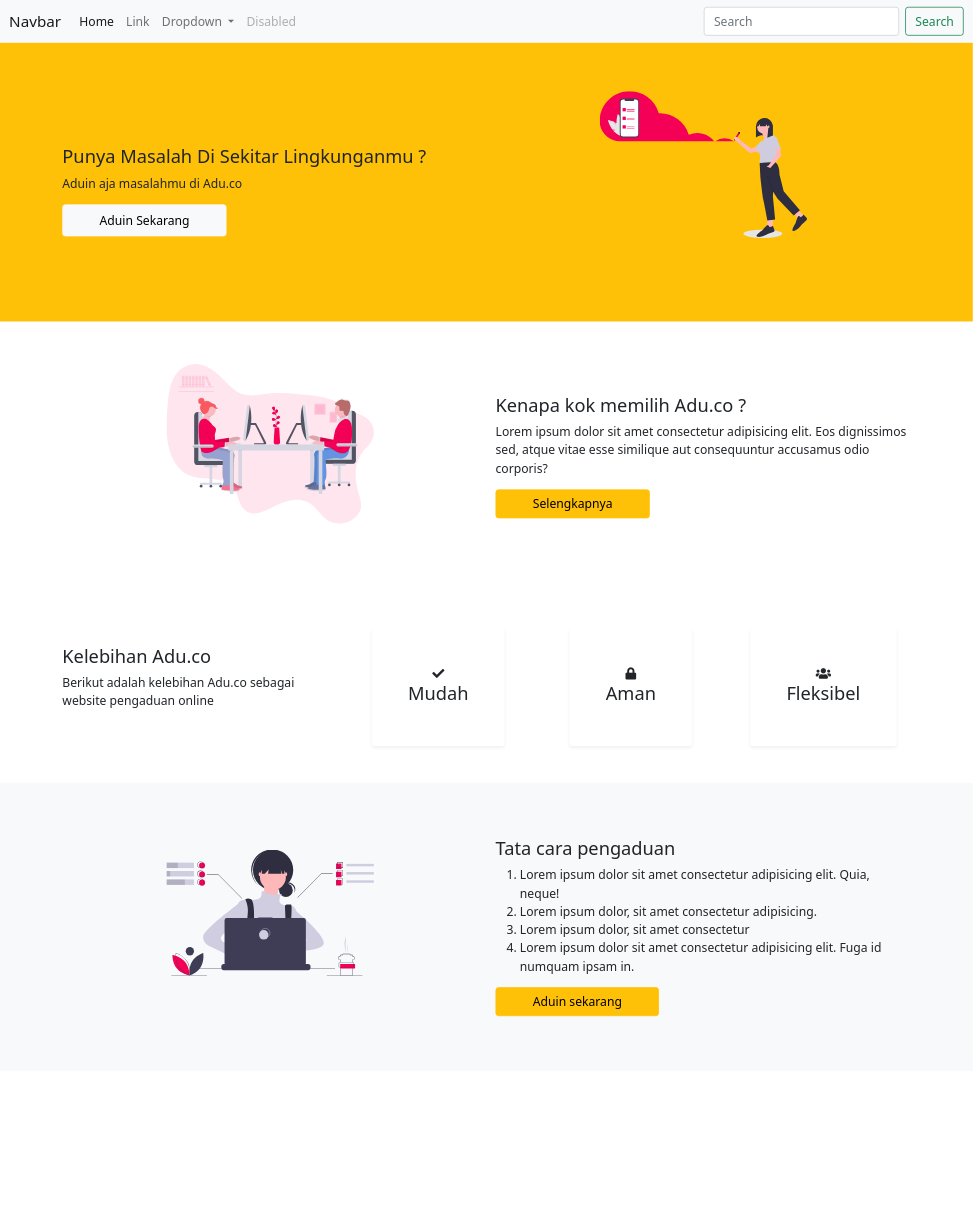
Repository: khulqu15/pengaduan2
Page: http://localhost/
An editor plug-in stored every save of this project. The page is shown before and after a run of saves, followed by the edit.
The browser window is 1280 px wide. The pictures show the whole page, at 76% of full size.
Backgrounds fixed to the window are drawn as part of the page. The page is served by the project's Laravel application, run on PHP 8.4 with Laravel 8.

Above is the page before, as saved 2021-02-23 20:56:04.

After the next 2 saves:
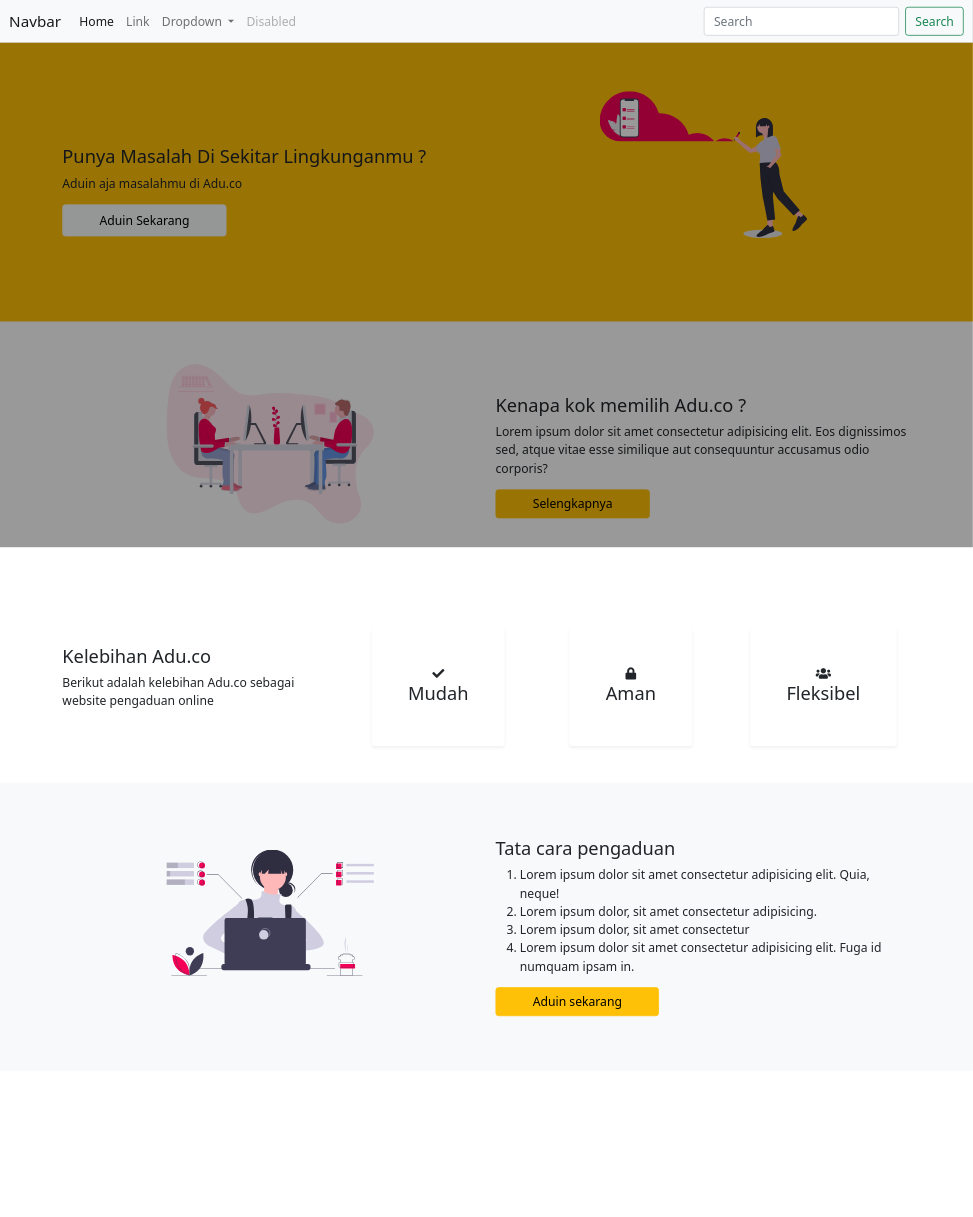
The 2 saves are shown as one change because they came seconds apart.
The last was saved 5 s later.
--- a/public/css/style.css
+++ b/public/css/style.css
@@ -181,5 +181,12 @@
     background-image: url('../img/wallpaper/1.jpg');
     background-size: cover;
     background-attachment: fixed;
-    position: relative;
 }
+.image-footer-home .overlay {
+    background-color: rgba(0, 0, 0, 0.4);
+    position: absolute;
+    left: 0;
+    top: 0;
+    width: 100%;
+    height: 100%;
+}

After the save that followed:
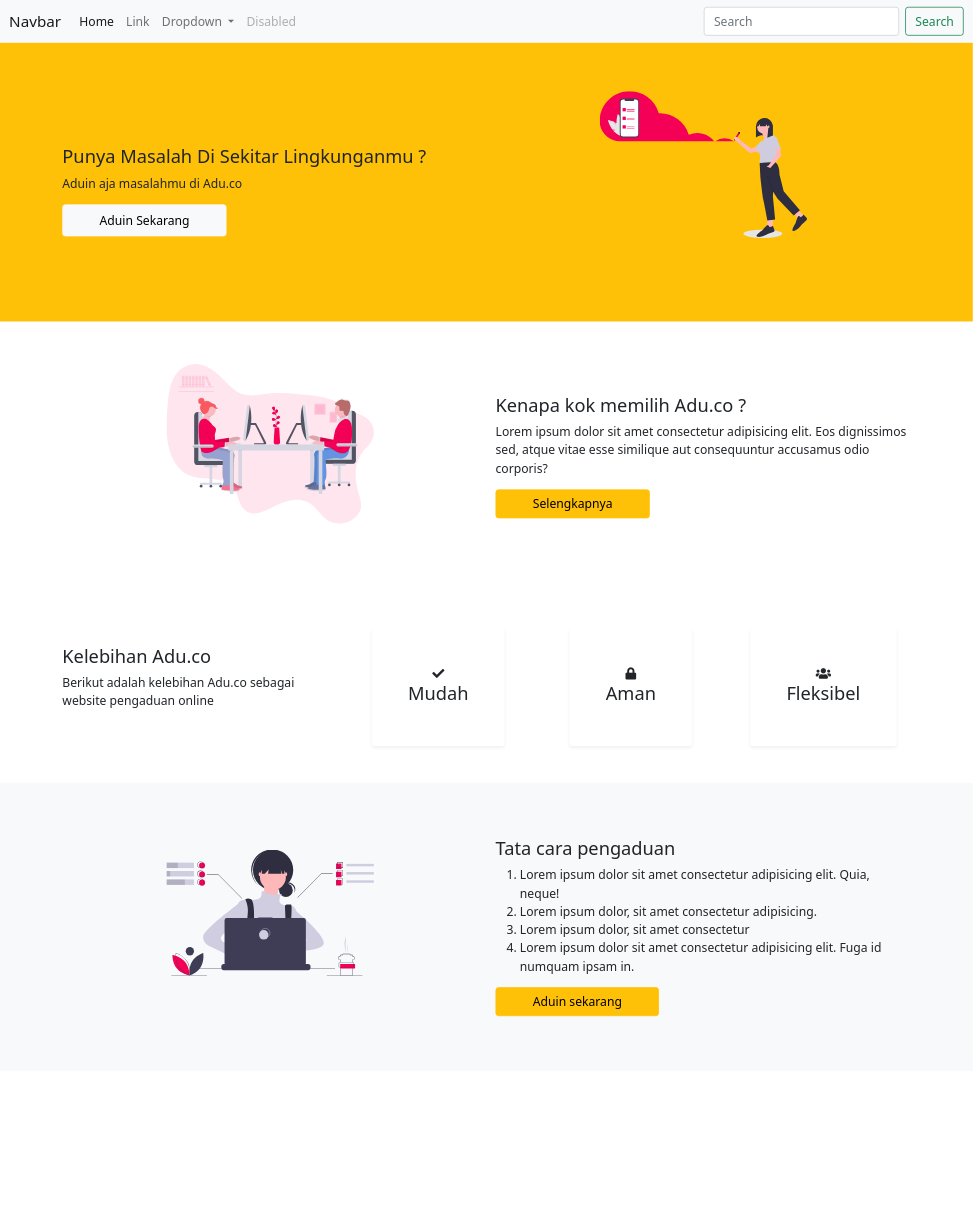
Saved 6 s later.
--- a/public/css/style.css
+++ b/public/css/style.css
@@ -181,6 +181,7 @@
     background-image: url('../img/wallpaper/1.jpg');
     background-size: cover;
     background-attachment: fixed;
+    position: relative;
 }
 .image-footer-home .overlay {
     background-color: rgba(0, 0, 0, 0.4);
